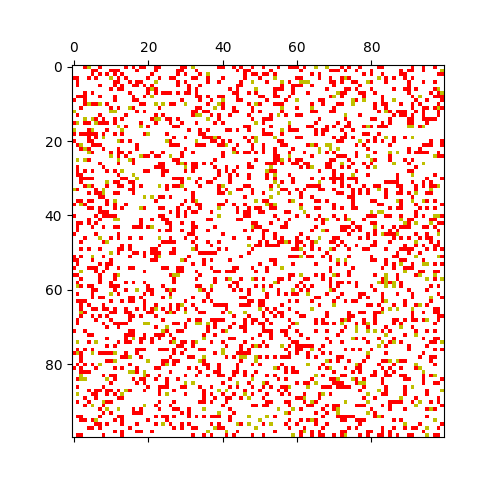
Repository: eduardodut/Trabalho_final_estatistica_cd
Script's output: python src/Simulador.py
An editor plug-in stored every save of this project. The script's output is shown before and after the next save, followed by the edit.
Random numbers start from a fixed seed.

Above is the script's output before, as saved 2020-07-12 19:07:29.

After the next save:
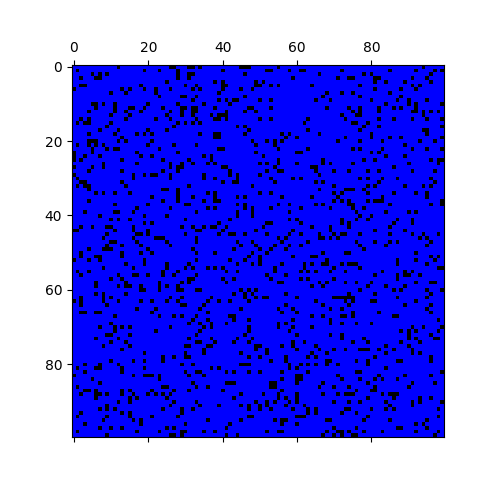
Saved 2 min 59 s later.
--- a/src/Simulador.py
+++ b/src/Simulador.py
@@ -381,5 +381,5 @@
 sim.executar_simulacao()
 print(sim.dataframe)
 pd.DataFrame(sim.dict_resumo, index=[0]).head()
-plt.matshow(sim.lista_matrizes_status[0], cmap = cmap, vmin= 0, vmax = 4)
+plt.matshow(sim.lista_matrizes_status[-1], cmap = cmap, vmin= 0, vmax = 4)
 plt.show()

After the save that followed:
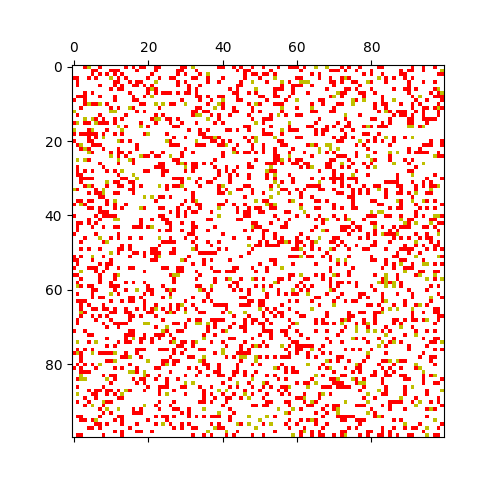
Saved 13 s later.
--- a/src/Simulador.py
+++ b/src/Simulador.py
@@ -381,5 +381,5 @@
 sim.executar_simulacao()
 print(sim.dataframe)
 pd.DataFrame(sim.dict_resumo, index=[0]).head()
-plt.matshow(sim.lista_matrizes_status[-1], cmap = cmap, vmin= 0, vmax = 4)
+plt.matshow(sim.lista_matrizes_status[0], cmap = cmap, vmin= 0, vmax = 4)
 plt.show()
